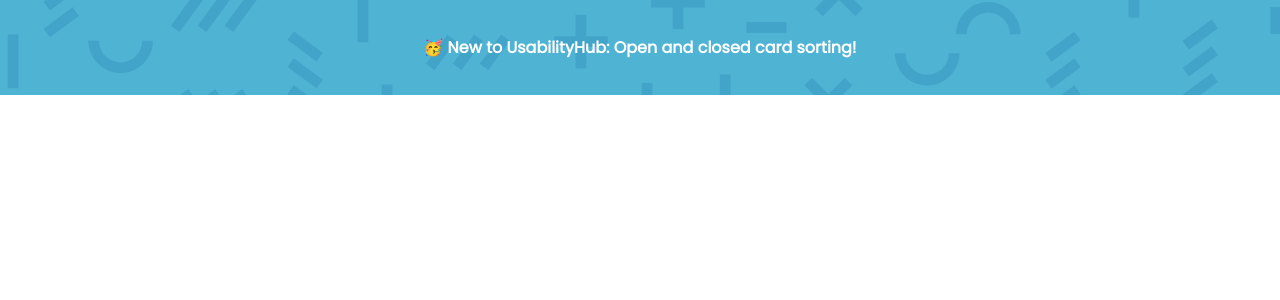
Repository: ramlakhan1/clone1
Page: index.html
The author's editor kept a copy of each file at every save. The page is drawn from the files as they stood at one save, then again after the next save.
The browser window is 1280 px wide. The pictures show the whole page.
Some web libraries are served in a nearby version.

Above is the page before, as saved 2022-11-29 17:07:30.

After the next save:
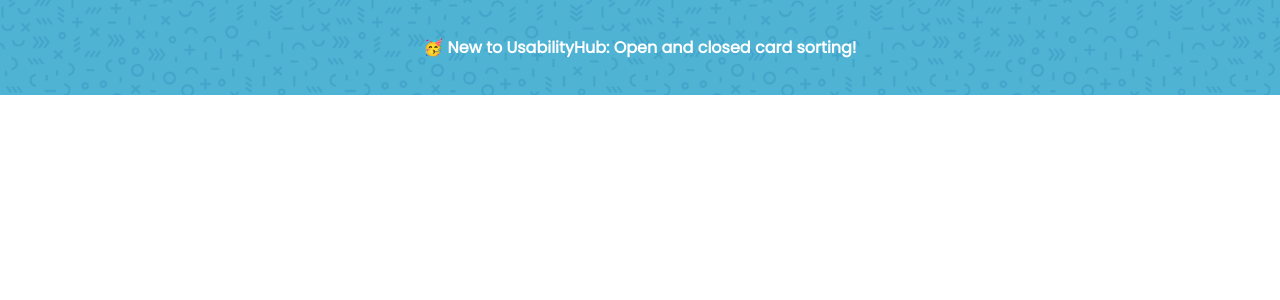
Saved 5 s later.
--- a/style.css
+++ b/style.css
@@ -54,5 +54,5 @@
 .top-banner {
     background-image: url('./assets/asset\ 30.png');
     background-color: #4fb3d4;
-    back
+    background-size: 300px;
 }
